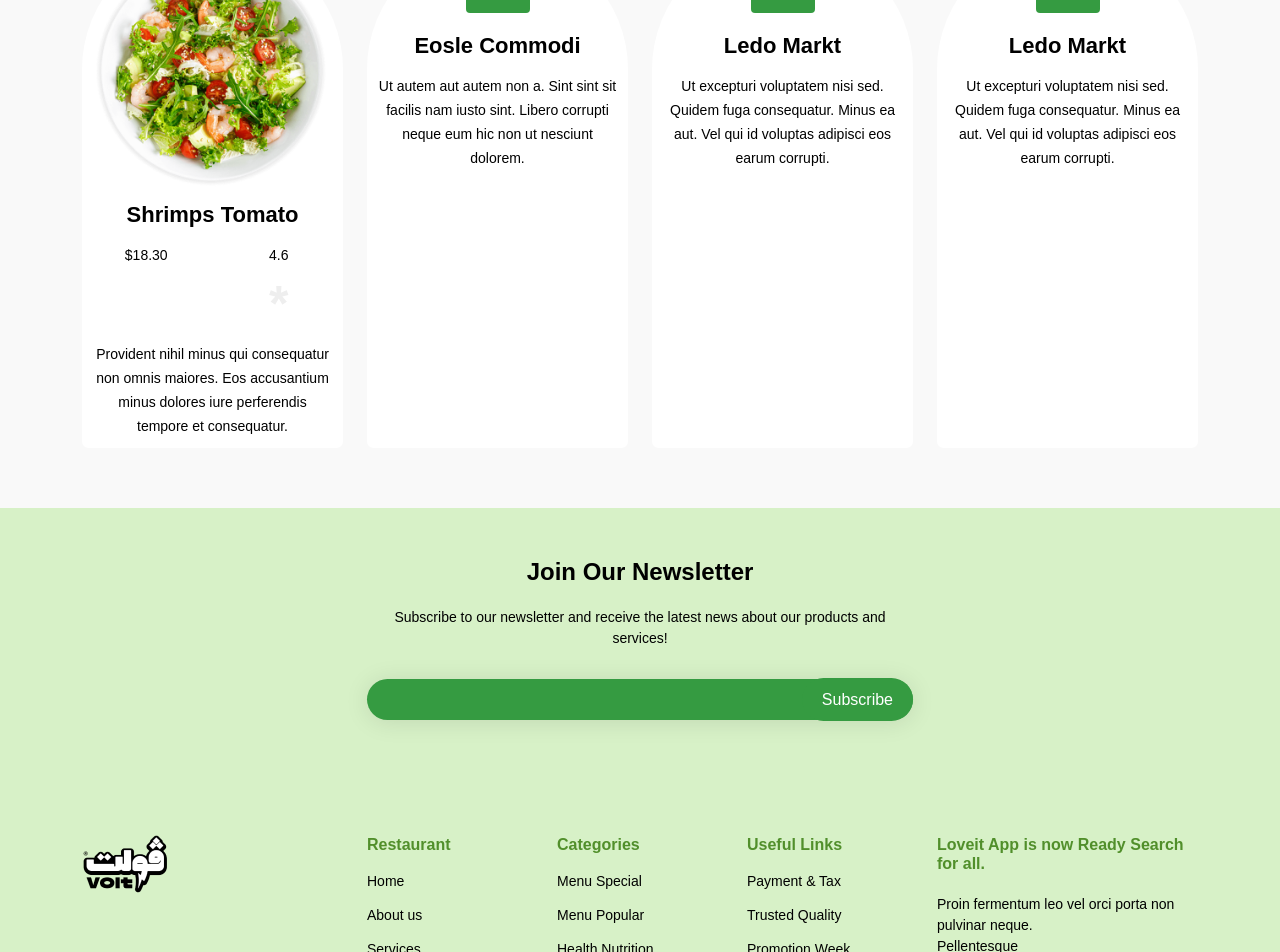
Repository: junivig/volt-new-project
Page: index.html
An editor plug-in stored every save of this project. The page is shown before and after the next save, followed by the edit.
The browser window is 1280 px wide. The pictures show the part of the page from y = 2105 to 3057 px (the page is 3201 px tall before and 3327 px after).

Above is the page before, as saved 2025-01-30 12:30:55.

### index.html
<!DOCTYPE html>
<html lang="en">

<head>
  <meta charset="utf-8">
  <meta content="width=device-width, initial-scale=1.0" name="viewport">
  <title>index - Voltfood</title>
  <meta name="description" content="">
  <meta name="keywords" content="">

  <!-- Favicons -->
  <link href="assets/img/favicon.png" rel="icon">
  <link href="assets/img/apple-touch-icon.png" rel="apple-touch-icon">

  <!-- Fonts -->
  <link href="https://fonts.googleapis.com" rel="preconnect">
  <link href="https://fonts.gstatic.com" rel="preconnect" crossorigin>
  <link href="https://fonts.googleapis.com/css2?family=Roboto:ital,wght@0,100;0,300;0,400;0,500;0,700;0,900;1,100;1,300;1,400;1,500;1,700;1,900&family=Raleway:ital,wght@0,100;0,200;0,300;0,400;0,500;0,600;0,700;0,800;0,900;1,100;1,200;1,300;1,400;1,500;1,600;1,700;1,800;1,900&family=Ubuntu:ital,wght@0,300;0,400;0,500;0,700;1,300;1,400;1,500;1,700&display=swap" rel="stylesheet">

  <!-- Vendor CSS Files -->
  <link href="assets/vendor/bootstrap/css/bootstrap.min.css" rel="stylesheet">
  <link href="assets/vendor/bootstrap-icons/bootstrap-icons.css" rel="stylesheet">
  <link href="assets/vendor/aos/aos.css" rel="stylesheet">
  <link href="assets/vendor/glightbox/css/glightbox.min.css" rel="stylesheet">
  <link href="assets/vendor/swiper/swiper-bundle.min.css" rel="stylesheet">

  <!-- Main CSS File -->
  <link href="assets/css/main.css" rel="stylesheet">

  <!-- =======================================================
  * Template Name: eNno
  * Template URL: https://bootstrapmade.com/enno-free-simple-bootstrap-template/
  * Updated: Aug 07 2024 with Bootstrap v5.3.3
  * Author: BootstrapMade.com
  * License: https://bootstrapmade.com/license/
  ======================================================== -->
</head>

<body class="index-page">

  <header id="header" class="header ">
    <div class="container-fluid  top-header">
      <div class="container-xl">
          <div class="row align-items-center">
              <div class="col-md-8 d-flex align-items-center">
                <nav id="navmenu" class="navmenu">
                  <ul>
                <li class="">
                  <img src="assets/img/location-icon.png" alt="Location Icon" class="icon-right">
                  <span class="top-header-text">Address, Fox 99 Roving St, Big City PKU</span>
              </li>
                <li class="">
                  <img src="assets/img/email-icon.png" alt="Email Icon" class="icon-right">
                  <span class="top-header-text">hello@awesomesite.com</span>
              </li>
              <li class="">
                <img src="assets/img/phone-icon.png" alt="Phone Icon" class="icon-right">
                <span class="top-header-text">+123-234-1234</span>
            </li>
                  </ul>
                </nav>
              </div>
              <div class="col-md-4 text-end">
                  <a href="#" >Register</a>
                  <a href="#">Login</a>
              </div>
          </div>
        </div>
  </div>
    <div class="container-fluid container-xl position-relative d-flex align-items-center">

      <a href="index.html" class="logo d-flex align-items-center me-auto">

        <img src="assets/img/logo.png" alt="Logo Image">
      </a>

      <nav id="navmenu" class="navmenu">
        <ul>
          <li><a href="#hero" class="active">HOMEPAGE</a></li>
          <li><a href="#about">ABOUT US</a></li>
          <li><a href="#services">MENU</a></li>
          <li><a href="#portfolio">MY ACCOUNT</a></li>
          <li><a href="#team">MY CART</a></li>
          <!-- <li class="dropdown"><a href="#"><span>Dropdown</span> <i class="bi bi-chevron-down toggle-dropdown"></i></a>
            <ul>
              <li><a href="#">Dropdown 1</a></li>
              <li class="dropdown"><a href="#"><span>Deep Dropdown</span> <i class="bi bi-chevron-down toggle-dropdown"></i></a>
                <ul>
                  <li><a href="#">Deep Dropdown 1</a></li>
                  <li><a href="#">Deep Dropdown 2</a></li>
                  <li><a href="#">Deep Dropdown 3</a></li>
                  <li><a href="#">Deep Dropdown 4</a></li>
                  <li><a href="#">Deep Dropdown 5</a></li>
                </ul>
              </li>
              <li><a href="#">Dropdown 2</a></li>
              <li><a href="#">Dropdown 3</a></li>
              <li><a href="#">Dropdown 4</a></li>
            </ul>
          </li> -->
        </ul>
        <i class="mobile-nav-toggle d-xl-none bi bi-list"></i>
      </nav>

      <!-- <a class="btn-getstarted" href="index.html#about">Get Started</a> -->

    </div>
  </header>

  <main class="main">

    <!-- Hero Section -->
    <section id="hero" class="hero section bg-image">

      <div class="container">
        <div class="row ">
          <div class="col-lg-6 order-2 order-lg-1 d-flex flex-column justify-content-center" data-aos="fade-up">
            <h1>Discover Food Taste Our <span class="secondary-color">Best</span> Healthy & Tasty.</h1>
            <p>Discover food taste our best integer enim neque volutpat ac morbi
              enim faucibus amet consectetur adipiscing tempus pharetra.</p>
            <div class="d-flex">
              <a href="#about" class="btn-get-started">DISCOVER NOW</a>
              <a href="https://www.youtube.com/watch?v=Y7f98aduVJ8" class="glightbox btn-watch-video d-flex align-items-center"><i class="bi bi-play-circle"></i></a>
            </div>
          </div>
          <div class="col-lg-6 order-1 order-lg-2 hero-img" data-aos="zoom-out" data-aos-delay="100">
            <img src="assets/img/hero-img.png" class="img-fluid " alt="">
          </div>
        </div>
      </div>

    </section><!-- /Hero Section -->

   <!-- Featured Services Section -->
   <section id="featured-services" class="featured-services section ">

    <div class="container">

      <div class="row gy-4">

        <div class="col-lg-4 d-flex" data-aos="fade-up" data-aos-delay="100">
          <div class="service-item position-relative">
            <div class="row">
              <div class="col-lg-6 col-md-6 col-sm-6">
                <p class="features-text">UP TO 35%</p>
                <h4 class="features-heading mt-3">Vegetable & Benefit</h4>
                <div class="icon"><img src="assets/img/button-icon.png" alt="Location Icon" class="icon-right">
                  <span class="features-button-text">READ MORE</span>
                </div>
              </div>
              <div class="col-lg-6 col-md-6 col-sm-6">
                <img src="assets/img/feature-icon-one.png" class="img-fluid " alt="">
              </div>
            </div>
          </div>
        </div><!-- End Service Item -->

        <div class="col-lg-4 d-flex" data-aos="fade-up" data-aos-delay="200">
          <div class="service-item-two position-relative">
            <div class="row">
              <div class="col-lg-6 col-md-6 col-sm-6">
                <p class="features-text">ORGANIC FARM</p>
                <h4 class="features-heading mt-3">Change Fruit Plan</h4>
                <div class="icon"><img src="assets/img/button-icon.png" alt="Location Icon" class="icon-right">
                  <span class="features-button-text">READ MORE</span>
                </div>
              </div>
              <div class="col-lg-6 col-md-6 col-sm-6">
                <img src="assets/img/feature-icon-two.png" class="img-fluid " alt="">
              </div>
            </div>
          </div>
        </div><!-- End Service Item -->

        <div class="col-lg-4 d-flex" data-aos="fade-up" data-aos-delay="300">
          <div class="service-item-three position-relative">
            <div class="row">
              <div class="col-lg-6 col-md-6 col-sm-6">
                <p class="features-text">MEAT TIME</p>
                <h4 class="features-heading mt-3">Totally Meat Inside</h4>
                <div class="icon"><img src="assets/img/button-icon.png" alt="Location Icon" class="icon-right">
                  <span class="features-button-text">READ MORE</span>
                </div>
              </div>
              <div class="col-lg-6 col-md-6 col-sm-6">
                <img src="assets/img/feature-icon-three.png" class="img-fluid " alt="">
              </div>
            </div>
          </div>
        </div><!-- End Service Item -->

      </div>

    </div>

    <div class="container mt-5 inner-features">
      <div class="row gy-4">
        <div class="col-lg-3 d-flex" data-aos="fade-up" data-aos-delay="100">
          <div class="service-item-inner position-relative">
            <div class="row">
              <div class="col-lg-3 col-md-3 col-sm-3">
                <img src="assets/img/inner-features-icon-one.png" class="img-fluid " alt="">
                </div>
              <div class="col-lg-9 col-md-9 col-sm-9">
                <h4 class="features-inner-heading">Organic Farm</h4>
                <p class="features-inner-text">Product Fresh Veggies</p>
              </div>
            </div>
          </div>
        </div><!-- End Service Item -->

        <div class="col-lg-3 d-flex" data-aos="fade-up" data-aos-delay="200">
          <div class="service-item-inner-two position-relative">
            <div class="row">
              <div class="col-lg-3 col-md-3 col-sm-3">
                <img src="assets/img/inner-features-icon-two.png" class="img-fluid " alt="">
                </div>
              <div class="col-lg-9 col-md-9 col-sm-9">
                <h4 class="features-inner-heading-two">Free Delivery</h4>
                <p class="features-inner-text-two">Fast Delivery Order</p>
              </div>
            </div>
          </div>
        </div><!-- End Service Item -->

        <div class="col-lg-3 d-flex" data-aos="fade-up" data-aos-delay="300">
          <div class="service-item-inner-two position-relative">
            <div class="row">
              <div class="col-lg-3 col-md-3 col-sm-3">
                <img src="assets/img/inner-features-icon-three.png" class="img-fluid " alt="">
                </div>
              <div class="col-lg-9 col-md-9 col-sm-9">
                <h4 class="features-inner-heading-two">Promotion Week</h4>
                <p class="features-inner-text-two">Promotion and Discount</p>
              </div>
            </div>
          </div>
        </div><!-- End Service Item -->

        <div class="col-lg-3 d-flex" data-aos="fade-up" data-aos-delay="300">
          <div class="service-item-inner-two position-relative">
            <div class="row">
              <div class="col-lg-3 col-md-3 col-sm-3">
                <img src="assets/img/inner-features-icon-four.png" class="img-fluid " alt="">
                </div>
              <div class="col-lg-9 col-md-9 col-sm-9">
                <h4 class="features-inner-heading-two">Trusted & Quality</h4>
                <p class="features-inner-text-two">Best Quality Restaurant</p>
              </div>
            </div>
          </div>
        </div><!-- End Service Item -->

      </div>

    </div>

  </section>
  <!-- /Featured Services Section -->

     <!-- About Section -->
     <section id="about" class="about section bg-image">
      <div class="container">
        <div class="row ">
          <div class="col-lg-6 " data-aos="zoom-out" data-aos-delay="100">
            <img src="assets/img/about.png" class="img-fluid " alt="">
          </div>
          <div class="col-lg-6 order-2 order-lg-1 d-flex flex-column justify-content-center" data-aos="fade-up">
            <h4 class="about-us-text">About Us</h4>
            <h1>The Best Enjoyable Place Around You.</h1>
            <p>We are the best quality elementum integer enim neque volutpat ac. Morbi
              enim nunc faucibus a. Amet consectetur adipiscing elit duis tempus pharetra.</p>

              <span class="about-inner-text">Massa placerat duis ultricies lacus sed turpis tincidunt id. Interdum varius sit amet
                mattis  enim. Quis hendrerit dolor magna eget est lorem ipsum dolor. Sagittis scelerisque
                purus semper eget duis. Viverra maecenas accumsan lacus vel facilisis volutpat est.
                Ultricies lacus sed turpis tincidunt id aliquet risus feugiat in. Adipiscing elit duis tristique
                sollicitudin nibh sit. Porttitor lacus luctus accumsan tortor.</span>
            <div class="d-flex">
               <!-- Stats Section -->
    <section id="stats" class="stats section">
      <div class="container" data-aos="fade-up" data-aos-delay="100">
        <div class="row gy-4">
          <div class="col-lg-4 col-md-4 col-sm-4">
            <div class="stats-item">
              <span data-purecounter-start="0" data-purecounter-end="108" data-purecounter-duration="1" class="purecounter"></span><span>+</span>
              <p>EXPERT CHEF</p>
            </div>
          </div><!-- End Stats Item -->

          <div class="col-lg-4 col-md-4 col-sm-4">
            <div class="stats-item">
              <span data-purecounter-start="0" data-purecounter-end="140" data-purecounter-duration="1" class="purecounter"></span><span>+</span>
              <p>MENU OF FOOD</p>
            </div>
          </div><!-- End Stats Item -->

          <div class="col-lg-4 col-md-4 col-sm-4">
            <div class="stats-item">
              <span data-purecounter-start="0" data-purecounter-end="3200" data-purecounter-duration="1" class="purecounter"></span><span>+</span>
              <p>ORDER DELIVERED</p>
            </div>
          </div><!-- End Stats Item -->
        </div>

      </div>

    </section>

                </div>
            </div>
          </div>
        </div>
      </div>

    </section><!-- /About Section -->

        <!-- Services Section -->
        <section id="services" class="services section light-background">

          <!-- Section Title -->
          <div class="container section-title" data-aos="fade-up">
            <h4 class="about-us-text">Delicious Food</h4>
            <h2>Our Special Vegans Food.</h2>
          </div><!-- End Section Title -->

          <div class="container">
            <div class="row gy-4">
              <div class="col-lg-3 col-md-6" data-aos="fade-up" data-aos-delay="100">
                <div class="service-item position-relative">
                  <div class="">
                    <img src="assets/img/menu-one.png" class="img-fluid " alt="">
                  </div>
                  <a href="service-details.html" class="stretched-link">
                    <h3>Shrimps Tomato</h3>
                  </a>
                  <div class="row">
                    <div class="col-6">
                      <p>$18.30</p>
                    </div>
                    <div class="col-6">
                      <p>4.6</p>
                      <span class="star">*</span>
                    </div>
                  </div>
                  <p>Provident nihil minus qui consequatur non omnis maiores. Eos accusantium minus dolores iure perferendis tempore et consequatur.</p>
                </div>
              </div><!-- End Service Item -->

              <div class="col-lg-3 col-md-6" data-aos="fade-up" data-aos-delay="200">
                <div class="service-item position-relative">
                  <div class="icon">
                    <i class="bi bi-broadcast"></i>
                  </div>
                  <a href="service-details.html" class="stretched-link">
                    <h3>Eosle Commodi</h3>
                  </a>
                  <p>Ut autem aut autem non a. Sint sint sit facilis nam iusto sint. Libero corrupti neque eum hic non ut nesciunt dolorem.</p>
                </div>
              </div><!-- End Service Item -->

              <div class="col-lg-3 col-md-6" data-aos="fade-up" data-aos-delay="300">
                <div class="service-item position-relative">
                  <div class="icon">
                    <i class="bi bi-easel"></i>
                  </div>
                  <a href="service-details.html" class="stretched-link">
                    <h3>Ledo Markt</h3>
                  </a>
                  <p>Ut excepturi voluptatem nisi sed. Quidem fuga consequatur. Minus ea aut. Vel qui id voluptas adipisci eos earum corrupti.</p>
                </div>
              </div><!-- End Service Item -->

              <div class="col-lg-3 col-md-6" data-aos="fade-up" data-aos-delay="300">
                <div class="service-item position-relative">
                  <div class="icon">
                    <i class="bi bi-easel"></i>
                  </div>
                  <a href="service-details.html" class="stretched-link">
                    <h3>Ledo Markt</h3>
                  </a>
                  <p>Ut excepturi voluptatem nisi sed. Quidem fuga consequatur. Minus ea aut. Vel qui id voluptas adipisci eos earum corrupti.</p>
                </div>
              </div><!-- End Service Item -->

            </div>

          </div>

        </section><!-- /Services Section -->

  </main>

  <footer id="footer" class="footer">

    <div class="footer-newsletter">
      <div class="container">
        <div class="row justify-content-center text-center">
          <div class="col-lg-6">
            <h4>Join Our Newsletter</h4>
            <p>Subscribe to our newsletter and receive the latest news about our products and services!</p>
            <form action="forms/newsletter.php" method="post" class="php-email-form">
              <div class="newsletter-form"><input type="email" name="email"><input type="submit" value="Subscribe"></div>
              <div class="loading">Loading</div>
              <div class="error-message"></div>
              <div class="sent-message">Your subscription request has been sent. Thank you!</div>
            </form>
          </div>
        </div>
      </div>
    </div>

    <div class="container footer-top">
      <div class="row gy-4">
        <div class="col-lg-3 col-md-6 footer-about">
          <a href="index.html" class="logo d-flex align-items-center me-auto">
            <img src="assets/img/logo.png" alt="Logo Image">
          </a>

        </div>

        <div class="col-lg-2 col-md-3 footer-links">
          <h4 class="footer-pages-heading">Restaurant</h4>
          <ul>
            <li> <a href="#">Home</a></li>
            <li> <a href="#">About us</a></li>
            <li> <a href="#">Services</a></li>
            <li> <a href="#">Terms of service</a></li>
          </ul>
        </div>

        <div class="col-lg-2 col-md-3 footer-links">
          <h4 class="footer-pages-heading">Categories</h4>
          <ul>
            <li> <a href="#">Menu Special</a></li>
            <li> <a href="#">Menu Popular</a></li>
            <li> <a href="#">Health Nutrition</a></li>
            <li> <a href="#">Meat Inside</a></li>
          </ul>
        </div>
        <div class="col-lg-2 col-md-3 footer-links">
          <h4 class="footer-pages-heading">Useful Links</h4>
          <ul>
            <li> <a href="#">Payment & Tax</a></li>
            <li> <a href="#">Trusted Quality</a></li>
            <li> <a href="#">Promotion Week</a></li>
            <li> <a href="#">Reservation</a></li>
          </ul>
        </div>

        <div class="col-lg-3 col-md-12">
          <h4 class="footer-pages-heading">Loveit App is now Ready Search for all.</h4>
          <p>Proin fermentum leo vel orci porta non pulvinar neque. <br> Pellentesque</p>
          <div class="row">
            <div class="col-lg-5 col-md-6 col-sm-12">
              <img src="assets/img/android.png" alt="Google Play Image" class="mobile-app-image">
           </div>
           <div class="col-lg-5 col-md-6 col-sm-12">
            <img src="assets/img/apple.png" alt="Apple Store Image" class="mobile-app-image">
         </div>
        </div>

      </div>
    </div>
    </div>
    <div class="row copyright mt-4">
      <div class="row">
      <div class="col-lg-6 col-md-12 col-sm-12">
        <p class="mt-2">© 2025<span>Copyright All Rights Reserved</span></p>
      </div>
      <div class="col-lg-3 col-md-12 col-md-12">
      </div>
      <div class="col-lg-3 col-md-12 col-md-12 social-media-icons">
        <div class="social-links d-flex text-end">
          <a href=""><img src="assets/img/facebook.png" alt="Logo Image"></a>
          <a href=""><img src="assets/img/twitter.png" alt="Logo Image"></a>
          <a href=""><img src="assets/img/linkedin.png" alt="Logo Image"></i></a>
          <a href=""><img src="assets/img/youtube.png" alt="Logo Image"></i></a>
        </div>
      </div>
      </div>
    </div>
  </footer>

  <!-- Scroll Top -->
  <a href="#" id="scroll-top" class="scroll-top d-flex align-items-center justify-content-center"><i class="bi bi-arrow-up-short"></i></a>

  <!-- Preloader -->
  <div id="preloader"></div>

  <!-- Vendor JS Files -->
  <script src="assets/vendor/bootstrap/js/bootstrap.bundle.min.js"></script>
  <script src="assets/vendor/php-email-form/validate.js"></script>
  <script src="assets/vendor/aos/aos.js"></script>
  <script src="assets/vendor/glightbox/js/glightbox.min.js"></script>
  <script src="assets/vendor/purecounter/purecounter_vanilla.js"></script>
  <script src="assets/vendor/imagesloaded/imagesloaded.pkgd.min.js"></script>
  <script src="assets/vendor/isotope-layout/isotope.pkgd.min.js"></script>
  <script src="assets/vendor/swiper/swiper-bundle.min.js"></script>

  <!-- Main JS File -->
  <script src="assets/js/main.js"></script>

</body>

</html>

Loaded but not shown: assets/vendor/bootstrap/css/bootstrap.min.css (library); assets/vendor/bootstrap-icons/bootstrap-icons.css (library); assets/vendor/aos/aos.css (library); assets/vendor/glightbox/css/glightbox.min.css (library); assets/vendor/swiper/swiper-bundle.min.css (library); assets/vendor/bootstrap/js/bootstrap.bundle.min.js (library); assets/vendor/php-email-form/validate.js (common file); assets/vendor/aos/aos.js (library); assets/vendor/glightbox/js/glightbox.min.js (library); assets/vendor/purecounter/purecounter_vanilla.js (library); assets/vendor/imagesloaded/imagesloaded.pkgd.min.js (library); assets/vendor/isotope-layout/isotope.pkgd.min.js (library); assets/vendor/swiper/swiper-bundle.min.js (library); assets/js/main.js (209 lines, source omitted); assets/css/main.css (1985 lines, source omitted)

After the next save:
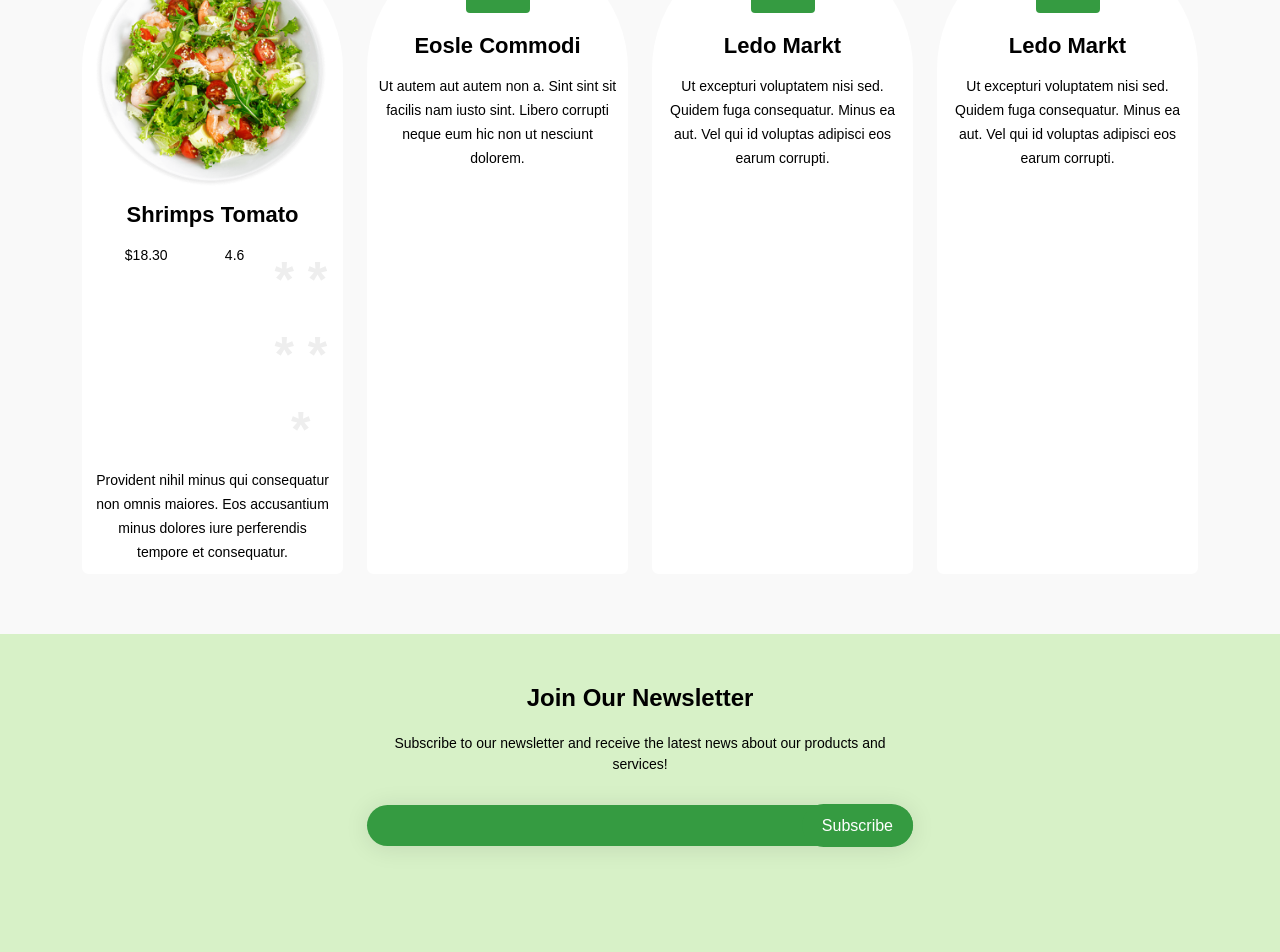
Saved 50 s later.
--- a/index.html
+++ b/index.html
@@ -338,9 +338,11 @@
                     <div class="col-6">
                       <p>$18.30</p>
                     </div>
-                    <div class="col-6">
+                    <div class="col-2">
                       <p>4.6</p>
-                      <span class="star">*</span>
+                    </div>
+                    <div class="col-4">
+                      <span class="star">* * * * *</span>
                     </div>
                   </div>
                   <p>Provident nihil minus qui consequatur non omnis maiores. Eos accusantium minus dolores iure perferendis tempore et consequatur.</p>
